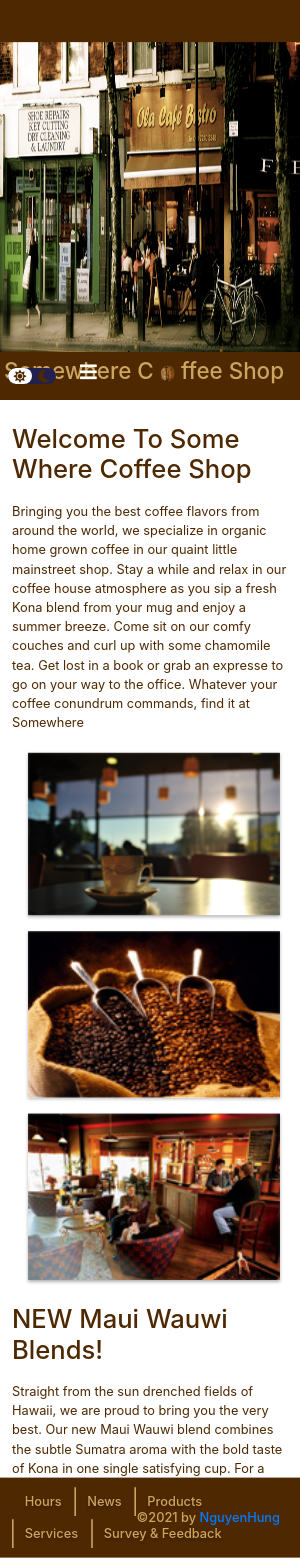
Repository: Hunga9k50doker/SomeWhereCoffeeShop
Page: index.html
These files come from the project's save history. The page is drawn as it stood at one moment and after the next save; the edit follows.
The browser window is 375 px wide. The pictures show the whole page, at 80% of full size.
Some web libraries are served in a nearby version.

Above is the page before, as saved 2021-12-10 11:24:28.

After the next save:
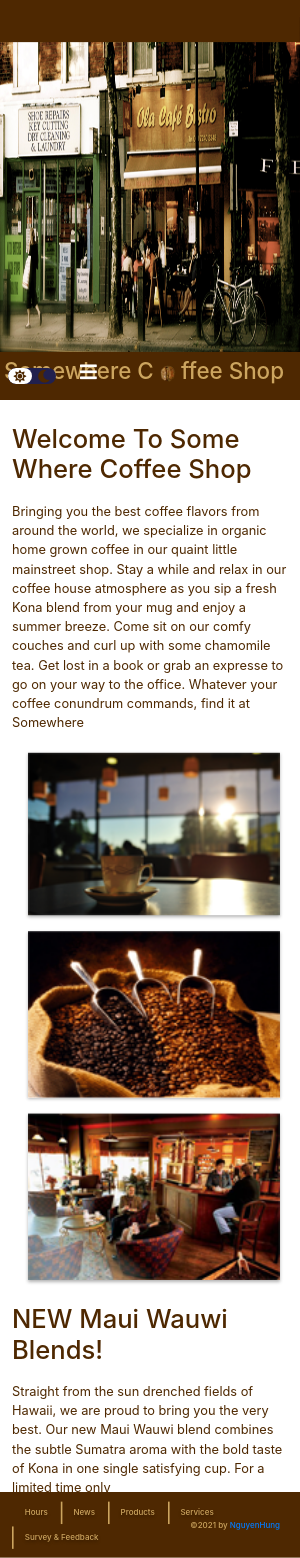
Saved 109 s later.
--- a/css/responsive.css
+++ b/css/responsive.css
@@ -39,4 +39,7 @@
 
 @media (max-width:576px){
 
+    .footer{
+        font-size: 10px;
+    }
 }
